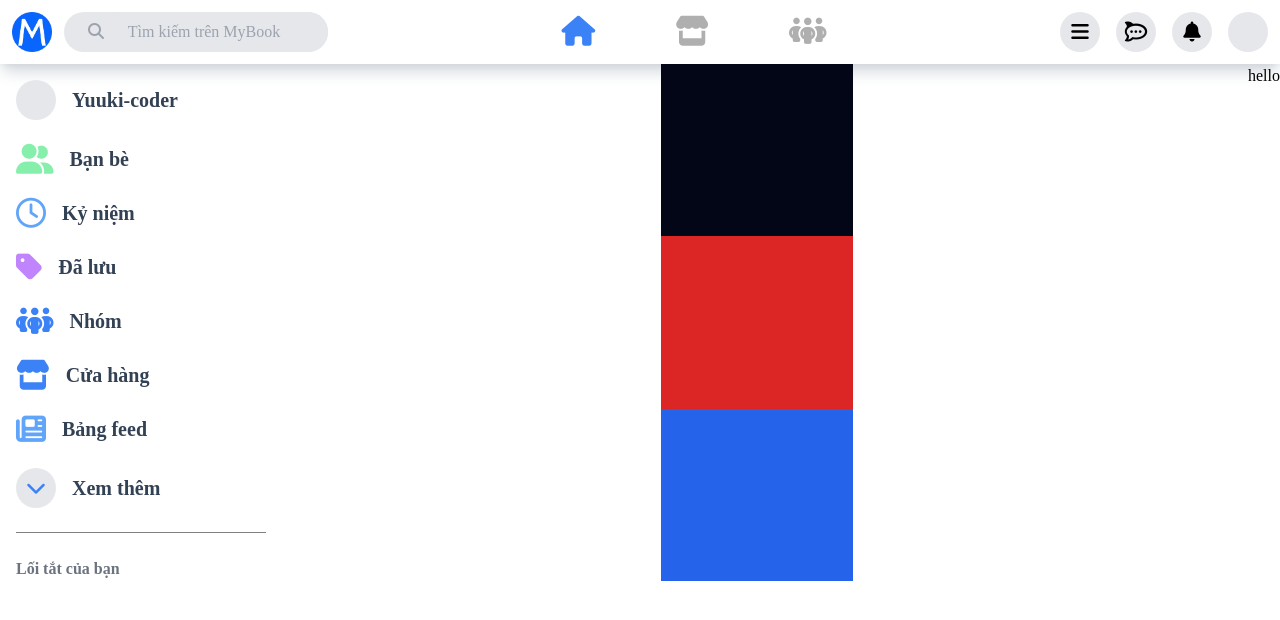
Repository: Yuukicoder/MyBook
Page: / (app in mybook/)
The author's editor kept a copy of each file at every save. The page is drawn from the files as they stood at one save, then again after the next save.
The browser window is 1280 px wide. The pictures show the whole page.
The project was rebuilt for these pictures with package versions that can differ from the ones it lists, and the page was loaded fresh each time.

Above is the page before, as saved 2023-12-14 09:16:47.

### mybook/src/index.js
import React from 'react';
import ReactDOM from 'react-dom/client';
import './index.css';
import App from './App';
import reportWebVitals from './reportWebVitals';

const root = ReactDOM.createRoot(document.getElementById('root'));
root.render(
  <React.StrictMode >
  <App / >
  </React.StrictMode>
);

// If you want to start measuring performance in your app, pass a function
// to log results (for example: reportWebVitals(console.log))
// or send to an analytics endpoint. Learn more: https://bit.ly/CRA-vitals
reportWebVitals();

### mybook/src/index.css
@tailwind base;
@tailwind components;
@tailwind utilities;
  @import url('https://fonts.googleapis.com/css2?family=Arima:wght@100;200;300;400;500;700&display=swap');
*{
  margin: 0;
  padding: 0;
  box-sizing: border-box;
  font-family: Arima;
  /* border: 1px solid black; */
}
body{
  width: 100%;
  height: 100vh;
}

### mybook/src/App.js
import './App.css';
import '@fortawesome/fontawesome-free/css/all.min.css';
import Navbar from './Navbar'
import Option from './Option'
import News from './News';
import Friend_contact from './Friend_contact';
 var App = () =>
(
    <div class="">
        <Navbar/>
        <div class="flex justify-between">
        <Option name="Yuuki-coder"/>
        <News/>
        <Friend_contact/>
        </div>

    </div>
)

export default App;

### mybook/src/App.css
:root{
  --text-color: rgb(175, 175, 175);
  --bg-icon-color: #e5e7eb;
}
.avatar{
  width: 40px;
  height: 40px;
  background-color: var(--bg-icon-color);
  border-radius: 50%;
  display: flex;
  align-items: center;
  justify-content: center;
}

### mybook/src/Navbar.js
import './Navbar.css'
import '@fortawesome/fontawesome-free/css/all.min.css';

var Navbar = () =>(


    <div class="flex items-center justify-between  w-screen py-3 px-3  shadow-lg shadow-gray-300">
        <div class="flex">

    <div class="Navbar_icon pr-3">
        <img class="w-10 h-10" src='iconMyBook.png' alt=""></img>
    </div>
    <div class="Navbar_search h-10 bg-gray-200 rounded-3xl">
        <label class=" text-center h-full pl-6"for="">
    <i class="fa-solid fa-magnifying-glass text-gray-400" ></i>
        </label>

        <input class="rounded-3xl text-center h-full pr-6 bg-gray-200" type="text" placeholder="Tìm kiếm trên MyBook"></input>
        </div>

    </div>
    <div class="  Navbar_selection">
        <ul class="flex gap-20">
            <li>
            <i class="fa-solid fa-house text-blue-500"></i>
            </li>
            <li>
            <i class="fa-solid fa-store"></i>
            </li>
            <li> <i class="fa-solid fa-people-group"></i></li>
        </ul>
    </div>
    <div class="Navbar_option">
        <ul class="flex gap-4 items-center">
            <li>
            <div class="avatar">

                <i class="fa-solid fa-bars"></i>
            </div>
                </li>
            <li>
            <div class="avatar">

                <i class="fa-brands fa-rocketchat"></i>
            </div>
                </li>
            <li>
            <div class="avatar">

                <i class="fa-solid fa-bell"></i>
            </div>
                </li>
            <li><div class="avatar"></div></li>
        </ul>
    </div>
    </div>
)
export default Navbar;

### mybook/src/Option.js
import './Option.css'
// var ButtonCollapse = () =>{

//     var collapse = document.getElementById('collapse');
// }


var Option = (x) => {
    function sayHello(name) {
        alert(`hello, ${name}`);
      }

    return (
    <div class="mt-4 ml-4  grid gap-6">

    <div class="flex gap-4 items-center box ">
        <div class="avatar">
        </div>
        <p class="font-semibold text-xl text-slate-700">{x.name}</p>

    </div>
    <div class="flex gap-4 items-center box">
    <i class="fa-solid fa-user-group text-green-300"></i>
        <p class="font-semibold text-xl text-slate-700">Bạn bè</p>

    </div>
    <div class="flex gap-4 items-center box ">
    <i class="fa-regular fa-clock text-blue-400"></i>
        <p class="font-semibold text-xl text-slate-700">Kỷ niệm</p>

    </div>
    <div class="flex gap-4 items-center box ">
    <i class="fa-solid fa-tag text-purple-400"></i>
        <p class="font-semibold text-xl text-slate-700">Đã lưu</p>

    </div>
    <div class="flex gap-4 items-center box ">
    <i class="fa-solid fa-people-group text-blue-500"></i>
        <p class="font-semibold text-xl text-slate-700">Nhóm</p>

    </div>
    <div class="flex gap-4 items-center box ">
    <i class="fa-solid fa-store text-blue-500"></i>
        <p class="font-semibold text-xl text-slate-700">Cửa hàng</p>

    </div>
    <div class="flex gap-4 items-center box ">
        <i class="fa-solid fa-newspaper text-blue-400"></i>
        <p class="font-semibold text-xl text-slate-700">Bảng feed</p>

    </div>
    <div class="flex gap-4 items-center box " >
        <div class="avatar">
    <i class="fa-solid fa-chevron-down text-blue-500 "></i>
        </div>
        <button class="font-semibold text-xl text-slate-700" onclick={sayHello}>Xem thêm</button>

    </div>
    <div class="line"></div>
    <p class="text-base font-semibold text-gray-500">Lối tắt của bạn</p>
    </div>
)}
export default Option

### mybook/src/News.js
var Story_Page = () => (
    <p class="text-red-600">hello</p>
)
var News = () =>(
    <div class="grid">
        <div class="News_Story bg-slate-950">
            <div class="Story_Page w-48">
               {Story_Page}
            </div>
        </div>
        <div class="News_Tools bg-red-600"></div>
        <div class="News_Page bg-blue-600"></div>
    </div>

)
export default News;

### mybook/src/Friend_contact.js
var Friend_contact = () =>(
    <p>hello</p>
)
export default Friend_contact;

### mybook/src/Navbar.css
:root{
    --text-color: rgb(175, 175, 175);
    --bg-icon-color: #e5e7eb;
  }
  ul i{
  color: var(--text-color);
  font-size: 30px;
  }

  .Navbar_option ul li i{
    color: black;
  font-size: 20px;

  }

### mybook/src/Option.css

.box i{
    font-size: 30px;
}
.line{
    width: 250px;
    height: 1px;
    background-color: grey;
}
.avatar i{
    font-size: 20px;
}

### mybook/tailwind.config.js
/** @type {import('tailwindcss').Config} */
module.exports = {
  content: [
    "./src/**/*.{js,jsx,ts,tsx}",
  ],
  theme: {
    extend: {},
    color:{
      'text-grey':'#9ca9c9'
    }
  },
  plugins: [],
}

Loaded but not shown: mybook/public/index.html (common file); mybook/src/reportWebVitals.js (common file)

After the next save:
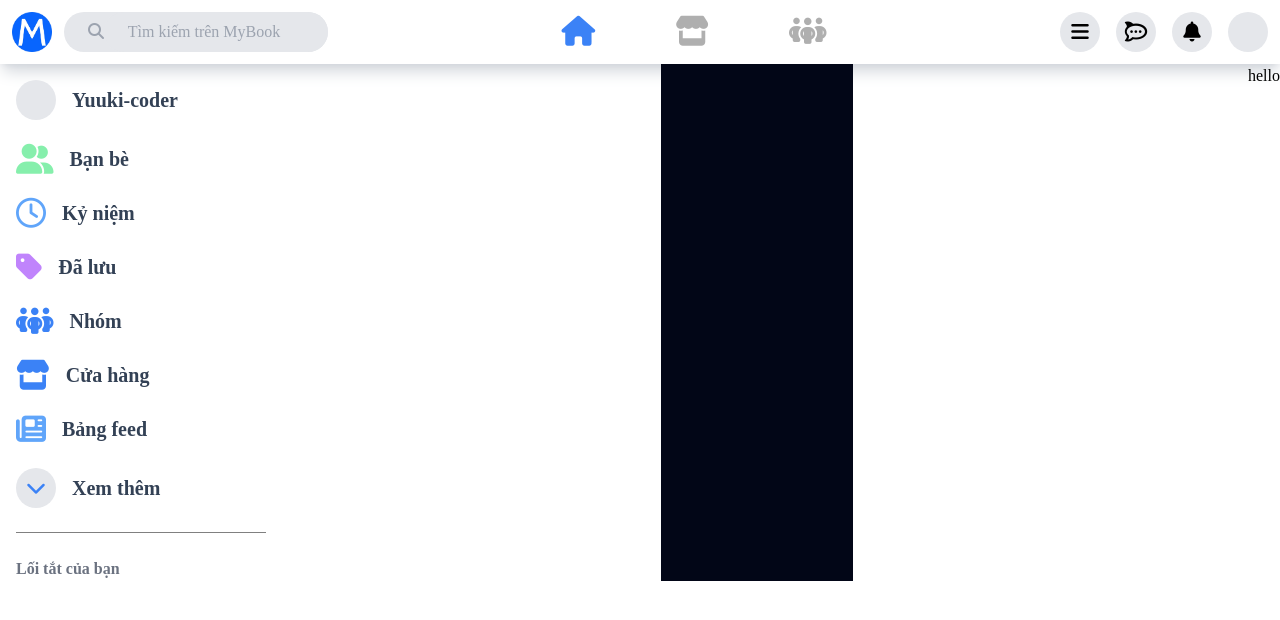
Saved 17 s later.
--- a/mybook/src/News.js
+++ b/mybook/src/News.js
@@ -8,8 +8,8 @@ var News = () =>(
                {Story_Page}
             </div>
         </div>
-        <div class="News_Tools bg-red-600"></div>
-        <div class="News_Page bg-blue-600"></div>
+        {/* <div class="News_Tools bg-red-600"></div> */}
+        {/* <div class="News_Page bg-blue-600"></div> */}
     </div>
 
 )

After the save that followed:
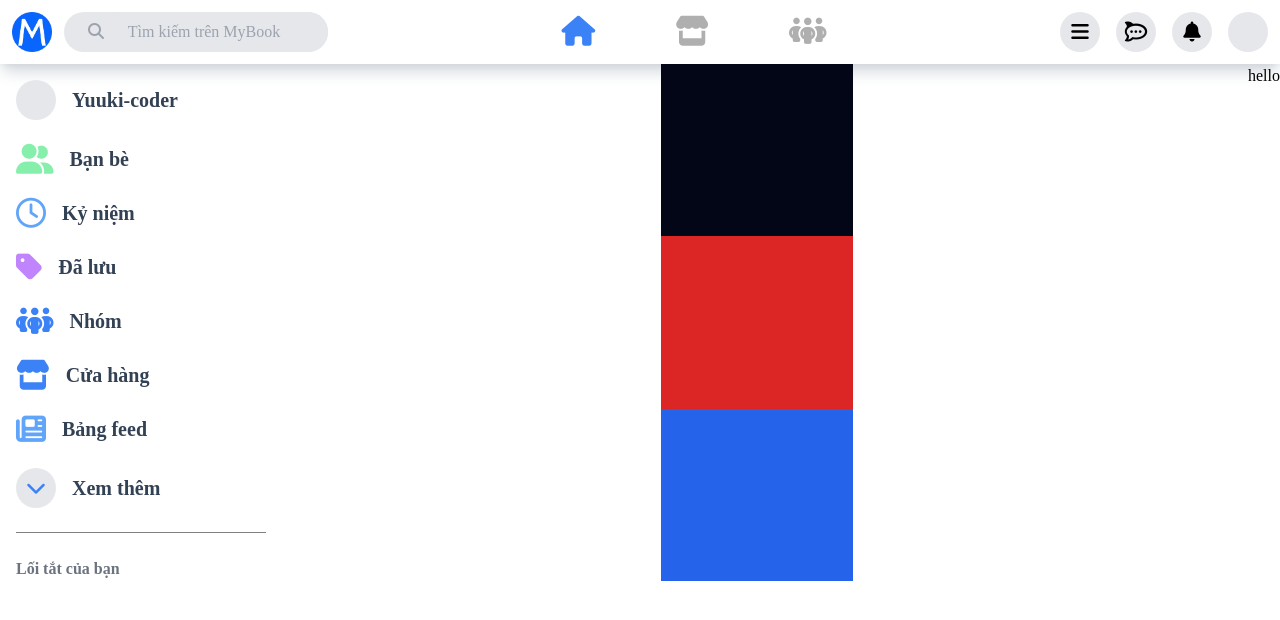
Saved 11 s later.
--- a/mybook/src/News.js
+++ b/mybook/src/News.js
@@ -8,8 +8,8 @@ var News = () =>(
                {Story_Page}
             </div>
         </div>
-        {/* <div class="News_Tools bg-red-600"></div> */}
-        {/* <div class="News_Page bg-blue-600"></div> */}
+        <div class="News_Tools bg-red-600"></div>
+        <div class="News_Page bg-blue-600"></div>
     </div>
 
 )
